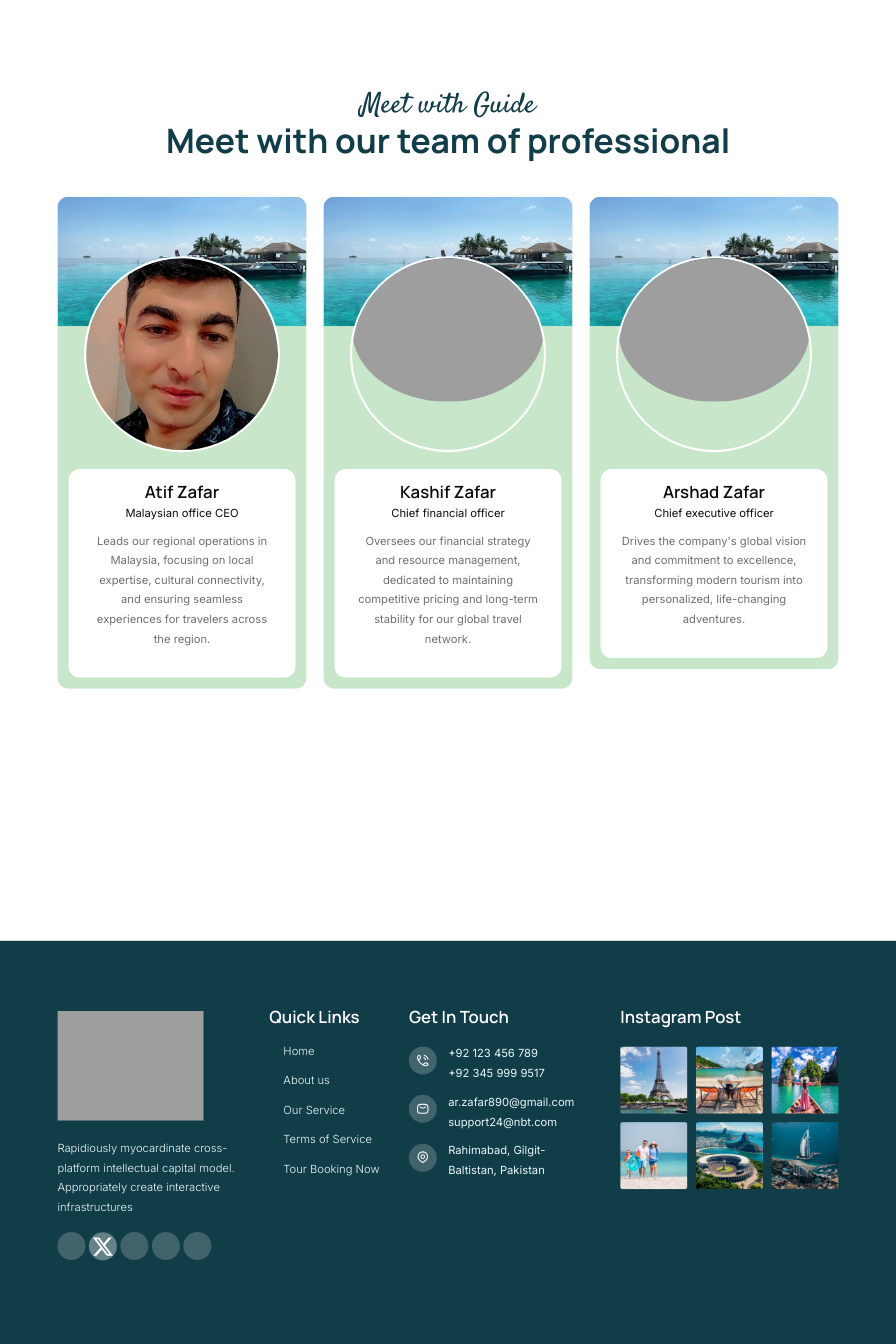
Repository: Abdulhai110/nbt-frontend
Page: /about
An editor plug-in stored every save of this project. The page is shown before and after the next save, followed by the edit.
The browser window is 1280 px wide. The pictures show the part of the page from y = 2800 to 4720 px (the page is 4720 px tall before and 4619 px after), at 70% of full size.
Pictures or frames that could not be fetched are drawn as grey boxes. The page's requests for data from a server got no answer. Some web fonts or font styles are not loaded; a fallback is used. The project was rebuilt for these pictures with package versions that can differ from the ones it lists, and the page was loaded fresh each time. No one was signed in, and anything a server would have sent is missing. Also part of the build but not shown: src/Components/Header/NiceSelect.jsx, src/Components/Banner/BannerOne.jsx, src/Components/Booking/Booking.jsx, src/Components/Category/CategoryOne.jsx, src/Components/Destination/DestinationOne.jsx, src/Components/About/AboutOne.jsx, src/public/services/api-service.js, src/public/services/public-service.js and 125 more.

Above is the page before, as saved 2026-02-01 02:56:36.

### public/index.html
<!DOCTYPE html>
<html lang="en">

<head>
  <meta charset="utf-8">
  <meta http-equiv="x-ua-compatible" content="ie=edge">
  <title>NBT Travel & Tour Booking Agency</title>
  <meta name="author" content="Tourm">
  <meta name="description" content="NBT Travel & Tour Booking Agency">
  <meta name="keywords" content="NBT Travel & Tour Booking Agency">
  <meta name="robots" content="INDEX,FOLLOW">

  <!-- Mobile Specific Metas -->
  <meta name="viewport" content="width=device-width, initial-scale=1, shrink-to-fit=no">
  <link href="https://fonts.googleapis.com/css2?family=Satisfy&display=swap" rel="stylesheet">
  <!-- Favicons - Place favicon.ico in the root directory -->
  <link rel="apple-touch-icon" sizes="57x57" href="/assets/img/nbt-logo.png">
  <link rel="apple-touch-icon" sizes="60x60" href="/assets/img/nbt-logo.png">
  <link rel="apple-touch-icon" sizes="72x72" href="/assets/img/nbt-logo.png">
  <link rel="apple-touch-icon" sizes="76x76" href="/assets/img/nbt-logo.png">
  <link rel="apple-touch-icon" sizes="114x114" href="/assets/img/nbt-logo.pngng">
  <link rel="apple-touch-icon" sizes="120x120" href="/assets/img/nbt-logo.pngng">
  <link rel="apple-touch-icon" sizes="144x144" href="/assets/img/nbt-logo.pngng">
  <link rel="apple-touch-icon" sizes="152x152" href="/assets/img/nbt-logo.pngng">
  <link rel="apple-touch-icon" sizes="180x180" href="/assets/img/nbt-logo.pngng">
  <link rel="icon" type="image/png" sizes="192x192" href="/assets/img/nbt-logo.png">
  <link rel="icon" type="image/png" sizes="32x32" href="/assets/img/nbt-logo.png">
  <link rel="icon" type="image/png" sizes="96x96" href="/assets/img/nbt-logo.png">
  <link rel="icon" type="image/png" sizes="16x16" href="/assets/img/nbt-logo.png">
  <link rel="manifest" href="/assets/img/favicons/manifest.json">
  <meta name="msapplication-TileColor" content="#ffffff">
  <meta name="msapplication-TileImage" content="/assets/img/favicons/ms-icon-144x144.png">
  <meta name="theme-color" content="#ffffff">

  <!--==============================
	  Google Fonts
	============================== -->
  <link rel="preconnect" href="https://fonts.googleapis.com">
  <link rel="preconnect" href="https://fonts.gstatic.com" crossorigin>
  <link rel="preconnect" href="https://fonts.googleapis.com">
  <link rel="preconnect" href="https://fonts.gstatic.com" crossorigin>
  <link
    href="https://fonts.googleapis.com/css2?family=Inter:wght@100..900&family=Manrope:wght@200..800&family=Montez&display=swap"
    rel="stylesheet">

  <!--==============================
	    All CSS File
	============================== -->
  <!-- Bootstrap -->
  <link rel="stylesheet" href="/assets/css/bootstrap.min.css">
  <!-- Fontawesome Icon -->
  <link rel="stylesheet" href="/assets/css/fontawesome.min.css">
  <!-- Magnific Popup -->
  <link rel="stylesheet" href="/assets/css/magnific-popup.min.css">

  <!-- Swiper css -->
  <link rel="stylesheet" href="/assets/css/swiper-bundle.min.css">

  <!-- Theme Custom CSS -->
  <link rel="stylesheet" href="/assets/css/style.css">

</head>

<body>
  <noscript>You need to enable JavaScript to run this app.</noscript>
  <div id="root"></div>
</body>

</html>

### src/Pages/About.jsx
import React from 'react'
import HeaderOne from '../Components/Header/HeaderOne'
import Breadcrumb from '../Components/BreadCrumb/Breadcrumb'
import AboutFour from '../Components/About/AboutFour'
import OfferTwo from '../Components/Offer/OfferTwo'
import ElementSection from '../Components/Elements/ElementSection'
import TourGuideTwo from '../Components/Guide/TourGuideTwo'
import TestimonialOne from '../Components/Testimonials/TestimonialOne'
import BrandOne from '../Components/Brand/BrandOne'
import GalleryFive from '../Components/Gallery/GalleryFive'
import FooterFour from '../Components/Footer/FooterFour'
import ScrollToTop from '../Components/ScrollToTop'

function About() {
    return (
        <>
            <HeaderOne />
            <Breadcrumb
                title="About NBTT"
            />
            <AboutFour />
            <OfferTwo />
            {/* <ElementSection /> */}
            <TourGuideTwo />
            {/* <TestimonialOne /> */}
            {/* <BrandOne/> */}
            <GalleryFive />
            <FooterFour />
            {/* <ScrollToTop /> */}
        </>
    )
}

export default About

### src/Components/LoadTop.jsx
import { useEffect } from 'react';
import { useLocation } from 'react-router-dom';

function LoadTop() {
    const { pathname } = useLocation();

    useEffect(() => {
        window.scrollTo(0, 0);
    }, [pathname]);

    return null;
}

export default LoadTop

### src/Components/BreadCrumb/Breadcrumb.jsx
import React from 'react'
import { Link } from 'react-router-dom'

function Breadcrumb({ title, description, bgImage }) {
    return (
        <>
            <div
                className="breadcumb-wrapper "
                style={{ backgroundImage: `url(${bgImage || '/assets/img/bg/breadcumb-bg.jpg'})`, backgroundRepeat:"no-repeat", backgroundSize:"cover" }}
            >
                <div className="container">
                    <div className="breadcumb-content">
                        <h1 className="breadcumb-title">{title}</h1>
                        <ul className="breadcumb-menu">
                            <li>
                                <Link to="/">Home</Link>
                            </li>
                            <li>{title}</li>
                        </ul>
                    </div>
                </div>
            </div>
        </>

    )
}

export default Breadcrumb

### src/Components/Gallery/GalleryFive.jsx
import React, { useState, useEffect } from "react";
import { Swiper, SwiperSlide } from "swiper/react";
import { Autoplay } from "swiper/modules";
import { Link } from "react-router-dom";
import Modal from "./Modal";
import axios from "axios";
import "swiper/css";
import "swiper/css/navigation";
import "swiper/css/pagination";
import { ENV } from "../../../src/env/environment";

function GalleryFive() {
  const [isModalOpen, setIsModalOpen] = useState(false);
  const [modalImage, setModalImage] = useState("");
  const [modalTitle, setModalTitle] = useState("");
  const [galleryImages, setGalleryImages] = useState([]);

  useEffect(() => {
    axios
      .get(`${ENV.BASE_URL}/public/gallery`)
      .then((res) => {
        setGalleryImages(res.data); // expecting [{ imageUrl, title, description }]
      })
      .catch((err) => console.error(err));
  }, []);

  const openModal = (imageSrc, title, event) => {
    event.preventDefault();
    setModalImage(imageSrc);
    setModalTitle(title);
    setIsModalOpen(true);
  };

  const closeModal = () => setIsModalOpen(false);

  return (
    <div className="sidebar-gallery-area space">
      <div className="container-fluid">
        <div className="slider-area">
          <Swiper
            modules={[Autoplay]}
            spaceBetween={20}
            centeredSlides={true}
            loop={true}
            breakpoints={{
              0: { slidesPerView: 1 },
              576: { slidesPerView: 2 },
              768: { slidesPerView: 2 },
              992: { slidesPerView: 3 },
              1200: { slidesPerView: 3 },
              1300: { slidesPerView: 4 },
            }}
            autoplay={{ delay: 3000, disableOnInteraction: false }}
            className="th-slider has-shadow"
          >
            {galleryImages.map((item, index) => (
              <SwiperSlide key={index}>
                <div className="gallery-thumb style2 global-img">
                  <img
                    src={item.imageUrl}
                    style={{
                      height: "20rem",
                      objectFit: "cover",
                    }}
                    alt={item.title || "Gallery"}
                    onClick={(e) => openModal(item.imageUrl, item.title, e)}
                  />
                  <Link
                    to={item.imageUrl}
                    className="gallery-btn popup-image"
                    onClick={(e) => openModal(item.imageUrl, item.title, e)}
                  >
                    <i className="fab fa-instagram" />
                  </Link>
                </div>
              </SwiperSlide>
            ))}
          </Swiper>
        </div>
      </div>
      <Modal
        isOpen={isModalOpen}
        closeModal={closeModal}
        imageSrc={modalImage}
        title={modalTitle}
      />
    </div>
  );
}

export default GalleryFive;

### src/Components/Footer/FooterFour.jsx
import React, { useState } from "react";
import { Link } from "react-router-dom";
import Modal from "../Gallery/Modal";

function FooterFour() {
  const [isModalOpen, setIsModalOpen] = useState(false);
  const [modalImage, setModalImage] = useState("");

  // Function to open the modal with the selected image
  const openModal = (imageSrc, event) => {
    event.preventDefault(); // Prevent default link behavior
    setModalImage(imageSrc);
    setIsModalOpen(true);
  };

  // Function to close the modal
  const closeModal = () => {
    setIsModalOpen(false);
  };
  return (
    <footer className="footer-wrapper bg-title footer-layout2 shape-mockup-wrap">
      <div className="widget-area">
        <div className="container">
          {/* <div className="newsletter-area">
                        <div className="newsletter-top">
                            <div className="row gy-4 align-items-center">
                                <div className="col-lg-5">
                                    <h2 className="newsletter-title text-white text-capitalize mb-0">
                                        get updated the latest newsletter
                                    </h2>
                                </div>
                                <div className="col-lg-7">
                                    <form className="newsletter-form style2">
                                        <input
                                            className="form-control "
                                            type="email"
                                            placeholder="Enter Email"
                                            required=""
                                        />
                                        <button type="submit" className="th-btn style1">
                                            Subscribe Now <img src="/assets/img/icon/plane2.svg" alt="" />
                                        </button>
                                    </form>
                                </div>
                            </div>
                        </div>
                    </div> */}
          <div className="row justify-content-between">
            <div className="col-md-6 col-xl-3">
              <div className="widget footer-widget">
                <div className="th-widget-about">
                  <div className="about-logo">
                    <Link to="/">
                      <img src="/assets/img/nbt-logo.png" alt="NBT" />
                    </Link>
                  </div>
                  <p className="about-text">
                    Rapidiously myocardinate cross-platform intellectual capital
                    model. Appropriately create interactive infrastructures
                  </p>
                  <div className="th-social">
                    <Link to="https://www.facebook.com/">
                      <i className="fab fa-facebook-f" />
                    </Link>
                    <Link to="https://x.com/">
                      <svg
                        xmlns="http://www.w3.org/2000/svg"
                        viewBox="0 0 640 640"
                      >
                        <path d="M453.2 112L523.8 112L369.6 288.2L551 528L409 528L297.7 382.6L170.5 528L99.8 528L264.7 339.5L90.8 112L236.4 112L336.9 244.9L453.2 112zM428.4 485.8L467.5 485.8L215.1 152L173.1 152L428.4 485.8z" />
                      </svg>
                    </Link>
                    <Link to="https://www.linkedin.com/">
                      <i className="fab fa-linkedin-in" />
                    </Link>
                    <Link to="https://www.whatsapp.com/">
                      <i className="fab fa-whatsapp" />
                    </Link>
                    <Link to="https://instagram.com/">
                      <i className="fab fa-instagram" />
                    </Link>
                  </div>
                </div>
              </div>
            </div>
            <div className="col-md-6 col-xl-auto">
              <div className="widget widget_nav_menu footer-widget">
                <h3 className="widget_title">Quick Links</h3>
                <div className="menu-all-pages-container">
                  <ul className="menu">
                    <li>
                      <Link to="/">Home</Link>
                    </li>
                    <li>
                      <Link to="/about">About us</Link>
                    </li>
                    <li>
                      <Link to="/service">Our Service</Link>
                    </li>
                    <li>
                      <Link to="/contact">Terms of Service</Link>
                    </li>
                    <li>
                      <Link to="/contact">Tour Booking Now</Link>
                    </li>
                  </ul>
                </div>
              </div>
            </div>
            <div className="col-md-6 col-xl-auto">
              <div className="widget footer-widget">
                <h3 className="widget_title">Get In Touch</h3>
                <div className="th-widget-contact">
                  <div className="info-box_text">
                    <div className="icon">
                      <img src="/assets/img/icon/phone.svg" alt="img" />
                    </div>
                    <div className="details">
                      <p>
                        <Link to="tel:+01234567890" className="info-box_link">
                          +92 123 456 789
                        </Link>
                      </p>
                      <p>
                        <Link to="tel:+09876543210" className="info-box_link">
                          +92 345 999 9517
                        </Link>
                      </p>
                    </div>
                  </div>
                  <div className="info-box_text">
                    <div className="icon">
                      <img src="/assets/img/icon/envelope.svg" alt="img" />
                    </div>
                    <div className="details">
                      <p>
                        <Link
                          to="mailto: ar.zafar890@gmail.com"
                          className="info-box_link"
                        >
                          ar.zafar890@gmail.com
                        </Link>
                      </p>
                      <p>
                        <Link
                          to="mailto:support24@nbt.com"
                          className="info-box_link"
                        >
                          support24@nbt.com
                        </Link>
                      </p>
                    </div>
                  </div>
                  <div className="info-box_text">
                    <div className="icon">
                      <img src="/assets/img/icon/location-dot.svg" alt="img" />
                    </div>
                    <div className="details">
                      <p>Rahimabad, Gilgit-Baltistan, Pakistan</p>
                    </div>
                  </div>
                </div>
              </div>
            </div>
            <div className="col-md-6 col-xl-auto">
              <div className="widget footer-widget">
                <h3 className="widget_title">Instagram Post</h3>
                <div className="sidebar-gallery">
                  <div className="gallery-thumb">
                    <img
                      src="/assets/img/widget/gallery_1_1.jpg"
                      alt="Gallery"
                      onClick={(e) =>
                        openModal("/assets/img/widget/gallery_1_1.jpg", e)
                      }
                    />
                    <Link
                      to="///assets/img/widget/gallery_1_1.jpg"
                      className="gallery-btn popup-image"
                      onClick={(e) =>
                        openModal("/assets/img/widget/gallery_1_1.jpg", e)
                      }
                    >
                      <i className="fab fa-instagram" />
                    </Link>
                  </div>
                  <div className="gallery-thumb">
                    <img
                      src="/assets/img/widget/gallery_1_2.jpg"
                      alt="Gallery"
                      onClick={(e) =>
                        openModal("/assets/img/widget/gallery_1_2.jpg", e)
                      }
                    />
                    <Link
                      to="///assets/img/widget/gallery_1_2.jpg"
                      className="gallery-btn popup-image"
                      onClick={(e) =>
                        openModal("/assets/img/widget/gallery_1_2.jpg", e)
                      }
                    >
                      <i className="fab fa-instagram" />
                    </Link>
                  </div>
                  <div className="gallery-thumb">
                    <img
                      src="/assets/img/widget/gallery_1_3.jpg"
                      alt="Gallery"
                      onClick={(e) =>
                        openModal("/assets/img/widget/gallery_1_3.jpg", e)
                      }
                    />
                    <Link
                      to="///assets/img/widget/gallery_1_3.jpg"
                      className="gallery-btn popup-image"
                      onClick={(e) =>
                        openModal("/assets/img/widget/gallery_1_3.jpg", e)
                      }
                    >
                      <i className="fab fa-instagram" />
                    </Link>
                  </div>
                  <div className="gallery-thumb">
                    <img
                      src="/assets/img/widget/gallery_1_4.jpg"
                      alt="Gallery"
                      onClick={(e) =>
                        openModal("/assets/img/widget/gallery_1_4.jpg", e)
                      }
                    />
                    <Link
                      to="///assets/img/widget/gallery_1_4.jpg"
                      className="gallery-btn popup-image"
                      onClick={(e) =>
                        openModal("/assets/img/widget/gallery_1_4.jpg", e)
                      }
                    >
                      <i className="fab fa-instagram" />
                    </Link>
                  </div>
                  <div className="gallery-thumb">
                    <img
                      src="/assets/img/widget/gallery_1_5.jpg"
                      alt="Gallery"
                      onClick={(e) =>
                        openModal("/assets/img/widget/gallery_1_5.jpg", e)
                      }
                    />
                    <Link
                      to="///assets/img/widget/gallery_1_5.jpg"
                      className="gallery-btn popup-image"
                      onClick={(e) =>
                        openModal("/assets/img/widget/gallery_1_5.jpg", e)
                      }
                    >
                      <i className="fab fa-instagram" />
                    </Link>
                  </div>
                  <div className="gallery-thumb">
                    <img
                      src="/assets/img/widget/gallery_1_6.jpg"
                      alt="Gallery"
                      onClick={(e) =>
                        openModal("/assets/img/widget/gallery_1_6.jpg", e)
                      }
                    />
                    <Link
                      to="///assets/img/widget/gallery_1_6.jpg"
                      className="gallery-btn popup-image"
                      onClick={(e) =>
                        openModal("/assets/img/widget/gallery_1_6.jpg", e)
                      }
                    >
                      <i className="fab fa-instagram" />
                    </Link>
                  </div>
                </div>
              </div>
            </div>
          </div>
        </div>
      </div>
      {/* <div className="copyright-wrap">
                <div className="container">
                    <div className="row justify-content-between align-items-center">
                        <div className="col-md-6">
                            <p className="copyright-text">
                                Copyright 2025 <Link to="/">Tourm</Link>. All Rights
                                Reserved.
                            </p>
                        </div>
                        <div className="col-md-6 text-end d-none d-md-block">
                            <div className="footer-card">
                                <span className="title">We Accept</span>
                                <img src="/assets/img/shape/cards.png" alt="" />
                            </div>
                        </div>
                    </div>
                </div>
            </div> */}
      <div
        className="shape-mockup movingX d-none d-xxl-block"
        style={{ top: "24%", left: "5%" }}
      >
        <img src="/assets/img/shape/shape_8.png" alt="shape" />
      </div>
      <Modal
        isOpen={isModalOpen}
        closeModal={closeModal}
        imageSrc={modalImage}
      />
    </footer>
  );
}

export default FooterFour;

Loaded but not shown: src/index.js (common file); src/reportWebVitals.js (common file); public/assets/css/bootstrap.min.css (library); public/assets/css/fontawesome.min.css (library); public/assets/css/magnific-popup.min.css (library); public/assets/css/swiper-bundle.min.css (library); public/assets/css/style.css (library); src/Context/AuthContext.js (30 lines, source omitted); src/App.js (15 lines, source omitted); src/env/environment.js (12 lines, source omitted); src/Components/Header/HeaderOne.jsx (340 lines, source omitted); src/Components/Header/MobileMenu.jsx (319 lines, source omitted); src/Components/Offer/OfferTwo.jsx (151 lines, source omitted); src/Components/Header/LoginForm.jsx (114 lines, source omitted); src/Components/About/AboutFour.jsx (122 lines, source omitted); src/Components/Guide/TourGuideTwo.jsx (106 lines, source omitted); src/Pages/RouterPage.jsx (81 lines, source omitted); src/index.css (no stored copy; drawn as an empty file)

After the next save:
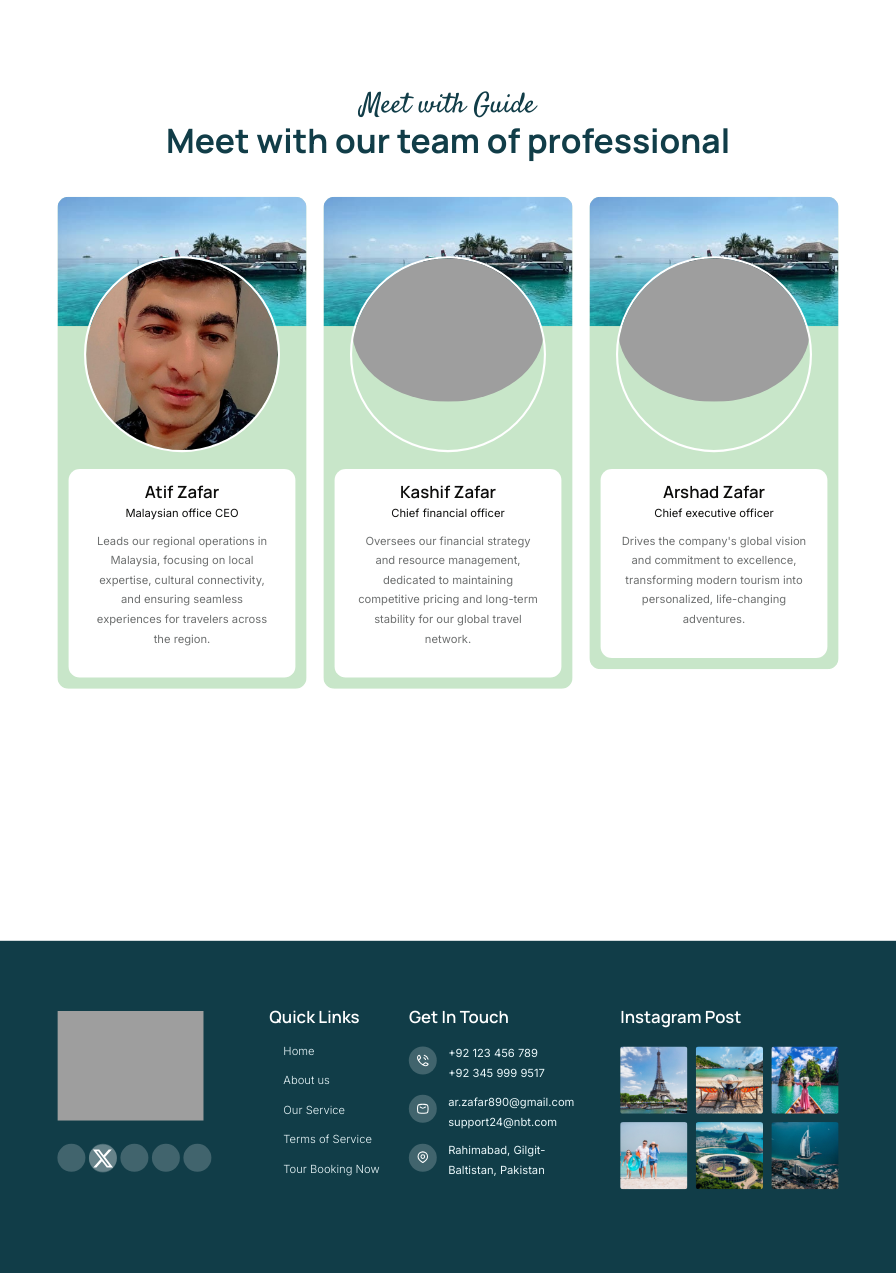
Saved 1 s later.
--- a/src/Components/Footer/FooterFour.jsx
+++ b/src/Components/Footer/FooterFour.jsx
@@ -54,10 +54,6 @@ function FooterFour() {
                       <img src="/assets/img/nbt-logo.png" alt="NBT" />
                     </Link>
                   </div>
-                  <p className="about-text">
-                    Rapidiously myocardinate cross-platform intellectual capital
-                    model. Appropriately create interactive infrastructures
-                  </p>
                   <div className="th-social">
                     <Link to="https://www.facebook.com/">
                       <i className="fab fa-facebook-f" />
